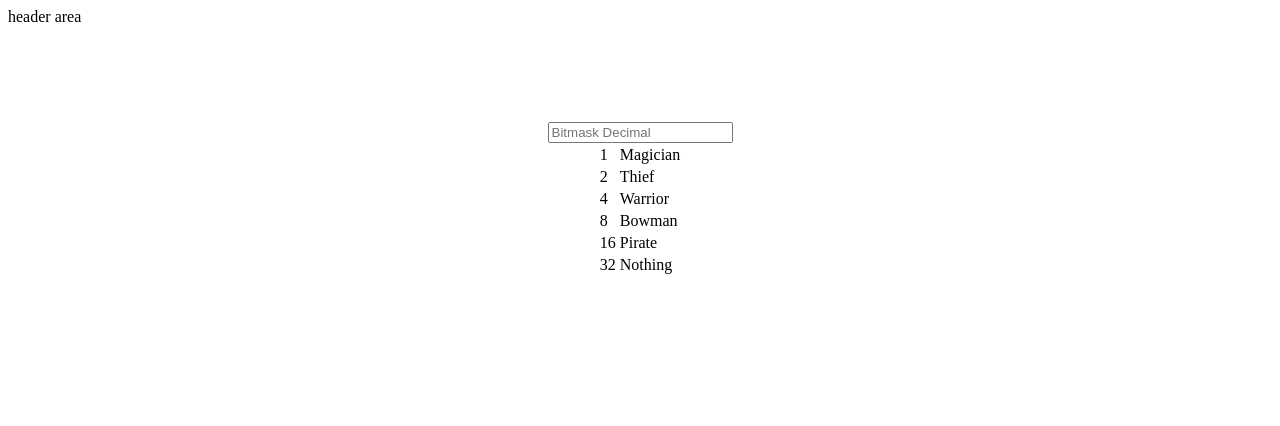
Repository: MeowCeline00/assessment-2
Page: /
The author's editor kept a copy of each file at every save. The page is drawn from the files as they stood at one save, then again after a run of saves.
The browser window is 1280 px wide. The pictures show the whole page.
The project was rebuilt for these pictures with package versions that can differ from the ones it lists, and the page was loaded fresh each time. The framework's server and built-in components were replaced by stand-ins that run in the browser. Also part of the build but not shown: next.config.mjs.

Above is the page before, as saved 2024-01-25 14:48:46.

### pages/index.js
import Head from "next/head";
import { useState } from "react";
import styles from "@/styles/Home.module.css";


export default function Home() {

  // Maplestory
  const classFilters = {
    1: 'Magician',
    2: 'Thief',
    4: 'Warrior',
    8: 'Bowman',
    16: 'Pirate',
    32: 'Nothing'
  }

  const [input, setInput] = useState();

  const getClassStyle = flagValue => (input & flagValue) > 0 ? {backgroundColor: 'yellow'} : null;

  return (
    <>
      <Head>
        <title>Create Next App</title>
        <meta name="description" content="Generated by create next app" />
        <meta name="viewport" content="width=device-width, initial-scale=1" />
        <link rel="icon" href="/favicon.ico" />
      </Head>
      <header>header area</header>
      <main className={`${styles.main}`}>
       <input
       id="input"
       type="text"
       placeholder='Bitmask Decimal'
       value={input}
       onChange={event => setInput(event.target.value)}
       />
       <table>
        <tbody>
          {
            Object.keys(classFilters).map(item => (
              <tr key={item} style={getClassStyle(item)}>
                <td>{item}</td>
                <td>{classFilters[item]}</td>
              </tr>
            ))
          }
        </tbody>
       </table>
      </main>
    </>
  );
}

### styles/Home.module.css
.main {
  display: flex;
  flex-direction: column;
  justify-content: space-between;
  align-items: center;
  padding: 6rem;
  min-height: 20vh;
}

Loaded but not shown: pages/_app.js (common file); pages/_document.js (common file); styles/globals.css (common file)

After the next 4 saves:
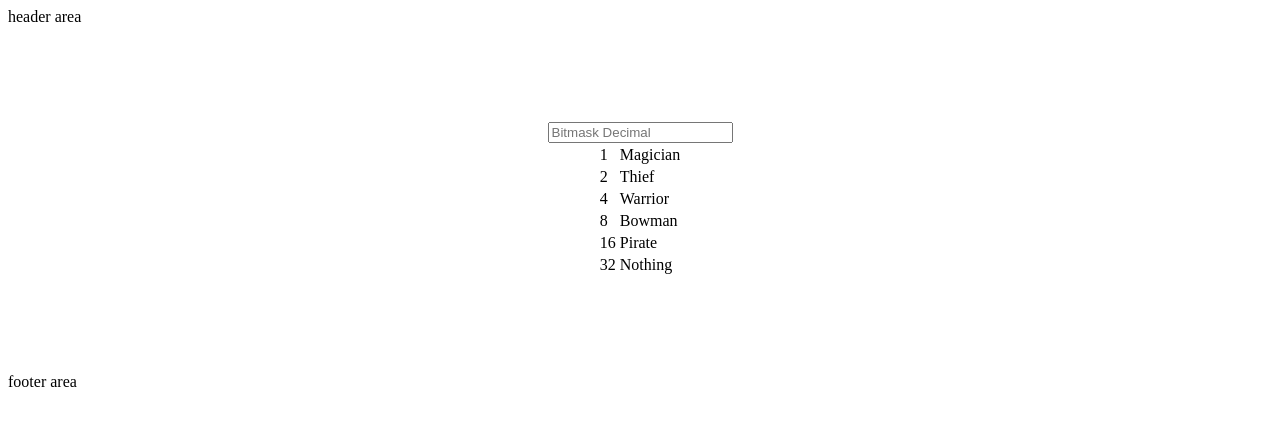
The 4 saves are shown as one change because they came seconds apart.
The last was saved 18 s later.
--- a/pages/index.js
+++ b/pages/index.js
@@ -49,6 +49,7 @@ export default function Home() {
         </tbody>
        </table>
       </main>
+      <footer>footer area</footer>
     </>
   );
 }
